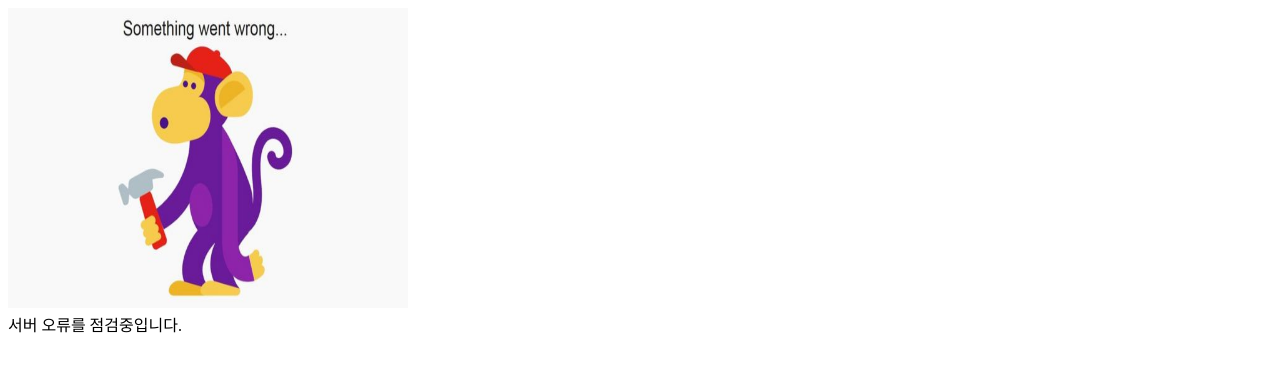
Repository: songhak1226/Web_Server
Page: http://localhost/Ex03JSP/Ex04ErrorPage.jsp
The author's editor kept a copy of each file at every save. The page is drawn from the files as they stood at one save, then again after the next save.
The browser window is 1280 px wide. The pictures show the whole page.
The page is served by Tomcat 9.

Above is the page before, as saved 2023-05-16 05:39:53.

### Ex03JSP/src/main/webapp/Ex04ErrorPage.jsp
<%@ page language="java" contentType="text/html; charset=UTF-8"
    pageEncoding="UTF-8"%>
<!DOCTYPE html>
<html>
<head>
<meta charset="UTF-8">
<title>Insert title here</title>
</head>
<body>
	<img src="./img/error.jpg" width="400px" height="300px"><br>
	서버 오류를 점검중입니다.
</body>
</html>

After the next save:
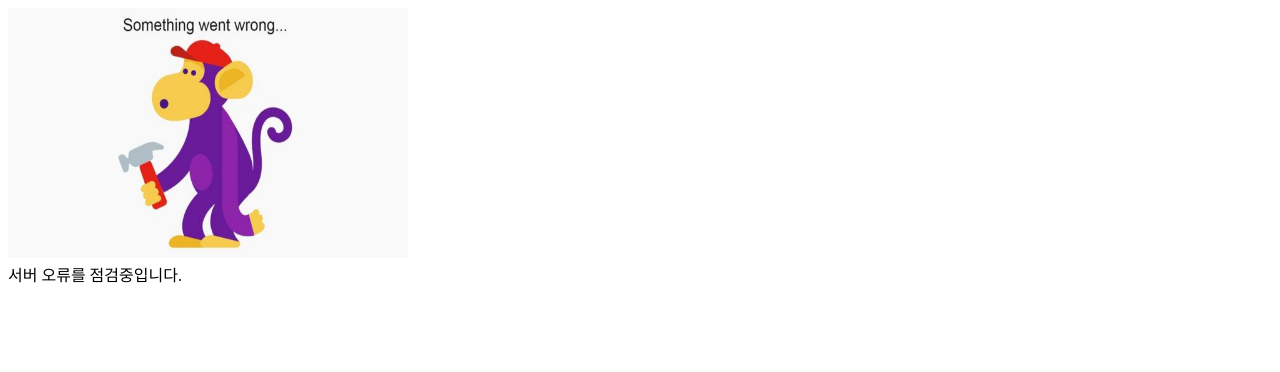
Saved 8 s later.
--- a/Ex03JSP/src/main/webapp/Ex04ErrorPage.jsp
+++ b/Ex03JSP/src/main/webapp/Ex04ErrorPage.jsp
@@ -7,7 +7,7 @@
 <title>Insert title here</title>
 </head>
 <body>
-	<img src="./img/error.jpg" width="400px" height="300px"><br>
+	<img src="./img/error.jpg" width="400px" height="250px"><br>
 	서버 오류를 점검중입니다.
 </body>
 </html>
